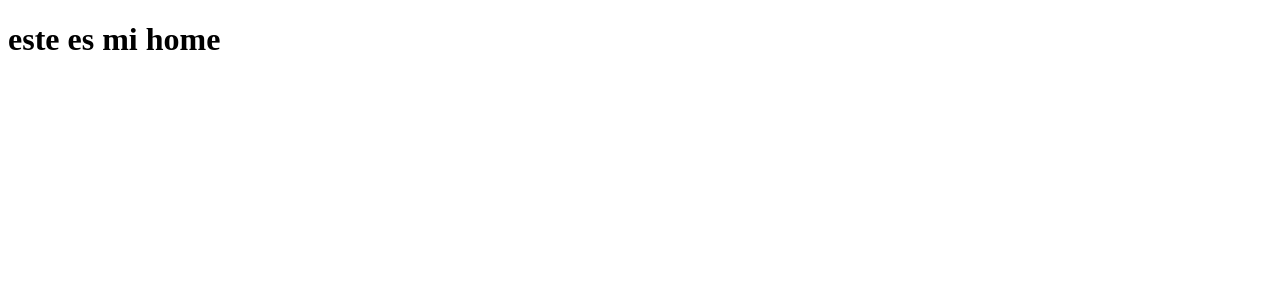
Repository: mauro8778/TurnoClinica
Page: / (app in front/vite-project/)
These files come from the project's save history. The page is drawn as it stood at one moment and after the next save; the edit follows.
The browser window is 1280 px wide. The pictures show the whole page.
The project was rebuilt for these pictures with package versions that can differ from the ones it lists, and the page was loaded fresh each time. Also part of the build but not shown: front/vite-project/vite.config.js.

Above is the page before, as saved 2024-04-12 09:21:59.

### front/vite-project/src/App.jsx

import Home from "./views/home";

function App() {


  return (
    <>


     <Home/>
    </>
  )
}

export default App

### front/vite-project/src/views/home.jsx
import NavBar from "../components/NavBar"

const Home = () => {
    return(
       <>
        <h1>este es mi home</h1>
        <NavBar/>
       </>
    )

}
export default Home

### front/vite-project/src/components/NavBar.jsx
import login from "./login/login";
import register from "./register/register";

const NavBar=()=>{

    return(
    <>
    <div>

    <login/>
    <register/>

    </div>

    </>)
}

export default NavBar;

### front/vite-project/src/components/NavBar/NavBar.jsx
import login from "./login/login";
import register from "./register/register";

const NavBar=()=>{

    return(
    <>
    <div>

    <login/>
    <register/>

    </div>

    </>)
}

export default NavBar;

### front/vite-project/src/components/login/login.jsx
const Login=()=> {
    return(
       <>
       <div>

    <p>
            este es el componente de login
    </p>

</div>
       </>
    )
}
export default Login;

### front/vite-project/src/components/register/register.jsx
const Register=()=>{
<>
<div>
<p>
    este es el componente de registro
</p>
</div>


</>

}

export default Register;

Loaded but not shown: front/vite-project/index.html (common file); front/vite-project/src/main.jsx (common file)

After the next save:
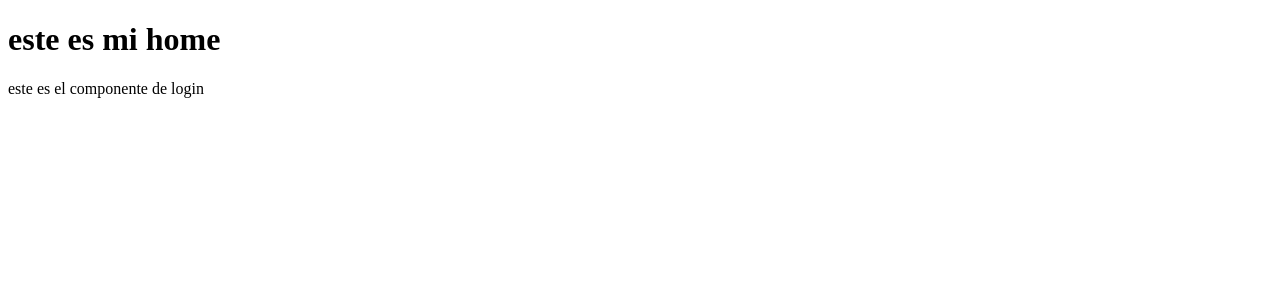
Saved 1 s later.
--- a/front/vite-project/src/views/home.jsx
+++ b/front/vite-project/src/views/home.jsx
@@ -1,4 +1,4 @@
-import NavBar from "../components/NavBar"
+import NavBar from "../components/NavBar/NavBar"
 
 const Home = () => {
     return(
--- a/front/vite-project/src/components/NavBar/NavBar.jsx
+++ b/front/vite-project/src/components/NavBar/NavBar.jsx
@@ -1,5 +1,5 @@
-import login from "./login/login";
-import register from "./register/register";
+import Login from "../login/login";
+import Register from "../register/register";
 
 const NavBar=()=>{
 
@@ -7,8 +7,8 @@ const NavBar=()=>{
     <>
     <div>
 
-    <login/>
-    <register/>
+    <Login/>
+    <Register/>
 
     </div>
 
